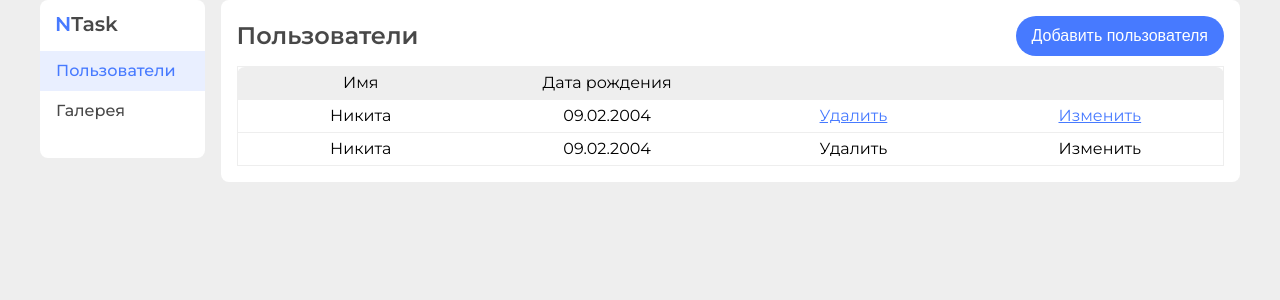
Repository: Grid-Master/NTask
Page: /
The author's editor kept a copy of each file at every save. The page is drawn from the files as they stood at one save, then again after the next save.
The browser window is 1280 px wide. The pictures show the whole page.
The project was rebuilt for these pictures with package versions that can differ from the ones it lists, and the page was loaded fresh each time.

Above is the page before, as saved 2023-06-05 11:17:20.

After the next save:
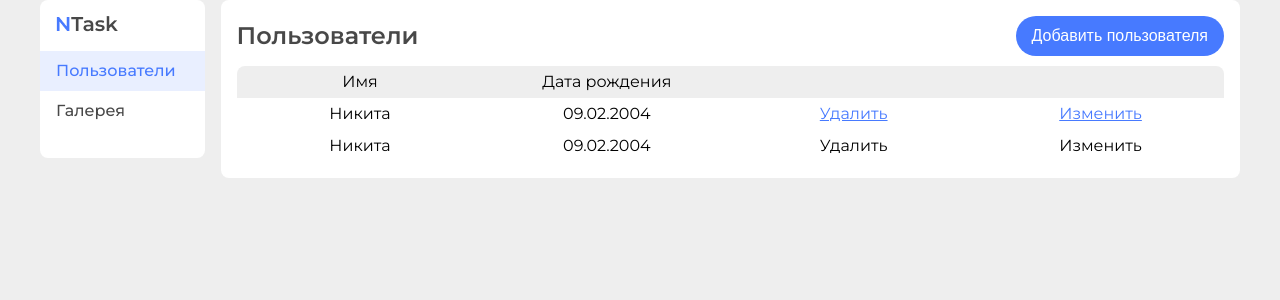
Saved 42 s later.
--- a/src/components/userList/userList.sass
+++ b/src/components/userList/userList.sass
@@ -42,8 +42,6 @@
             transition: .2s
             &:hover
                 opacity: .8
-        tr
-            border: 1px solid #EEEEEE
         tr:first-child td:first-child
             border-top-left-radius: 8px
         tr:first-child td:last-child
